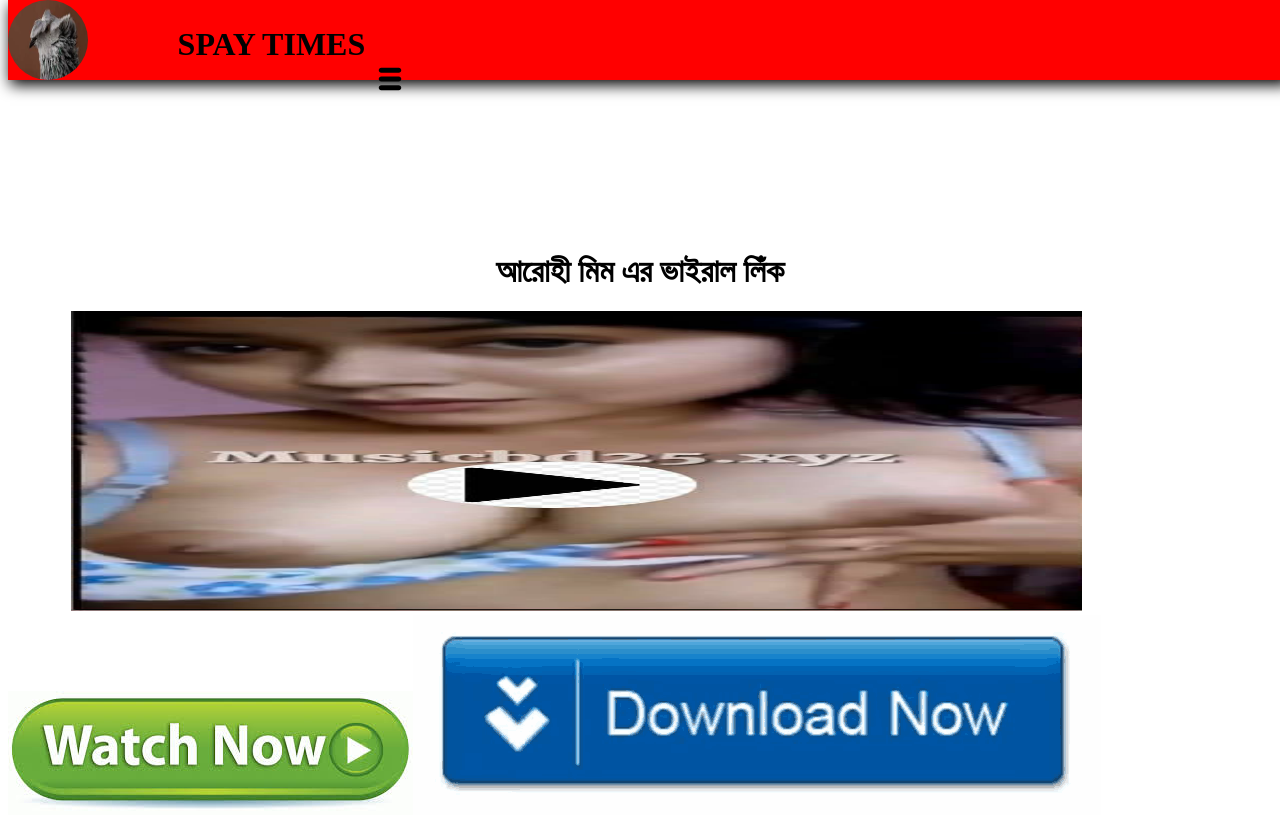
Repository: ridhukhan/spytimes
Page: /
The author's editor kept a copy of each file at every save. The page is drawn from the files as they stood at one save, then again after the next save.
The browser window is 1280 px wide. The pictures show the whole page.
The project was rebuilt for these pictures with package versions that can differ from the ones it lists, and the page was loaded fresh each time. Also part of the build but not shown: vite.config.js, src/nav/Navbar.css, src/components/policy/PrivecyPolicy.jsx, src/components/policy/Terms.jsx, src/components/trending/TrendingDetails.jsx, src/components/ads/ExoclicBanner.jsx, src/components/ads/MagSrvInPlaceAd.jsx, src/pages/heath/Dieabeties.jsx and 5 more.

Above is the page before, as saved 2026-01-16 15:28:46.

### index.html
<!doctype html>
<html lang="en">
  <head>
    <meta charset="UTF-8" />
    <link rel="icon" type="image/svg+xml" href="/vite.svg" />
    <meta name="6a97888e-site-verification" content="945cf2ffcb6885b11db89e632c2e0750">
    <meta name="viewport" content="width=device-width, initial-scale=1.0" />
    <title>spytimes</title>
  </head>
  <body>
<script async type="application/javascript" src="https://a.magsrv.com/ad-provider.js"></script>
 <ins class="eas6a97888e42" data-zoneid="5828556"></ins>
 <script>(AdProvider = window.AdProvider || []).push({"serve": {}});</script>
    <script async type="application/javascript" src="https://a.magsrv.com/ad-provider.js"></script>
 <ins class="eas6a97888e42" data-zoneid="5828556"></ins>
 <script>(AdProvider = window.AdProvider || []).push({"serve": {}});</script>
    <script type="application/javascript">
    var ad_idzone = "5827850",
    ad_popup_fallback = false,
    ad_popup_force = false,
    ad_chrome_enabled = true,
    ad_new_tab = false,
    ad_frequency_period = 30,
    ad_frequency_count = 1,
    ad_trigger_method = 3,
    ad_trigger_delay = 0,
    ad_capping_enabled = true;
</script>
<script type="application/javascript" src="https://a.pemsrv.com/popunder1000.js"></script>
       <script async src="https://a.pemsrv.com/ad-provider.js"></script>
<ins class="eas6a97888e33" data-zoneid="5827872"></ins>
       <div id="root"></div>

<script>(AdProvider = window.AdProvider || []).push({"serve": {}});</script>

<script async type="application/javascript" src="https://a.magsrv.com/ad-provider.js"></script>
 <ins class="eas6a97888e14" data-zoneid="5827854"></ins>
 <script>(AdProvider = window.AdProvider || []).push({"serve": {}});</script>
<script type="module" src="/src/main.jsx"></script>

<script async type="application/javascript" src="https://a.magsrv.com/ad-provider.js"></script>
 <ins class="eas6a97888e31" data-zoneid="5829372"></ins>
 <script>(AdProvider = window.AdProvider || []).push({"serve": {}});</script>
 </body>
</html>

### src/main.jsx
import {BrowserRouter} from "react-router-dom"

import { createRoot } from 'react-dom/client'
import './index.css'
import App from './App.jsx'
import { StrictMode } from "react"
createRoot(document.getElementById('root')).render(

    <BrowserRouter>
    <App />
    </BrowserRouter>

 ,
)

### src/index.css
@media screen and (max-width:414px){
  *{
    width: 100%;
    padding:0;
margin: 0;
  }

  body{
width: 100%;
background-color: white;
color: black;
  }
}

### src/App.jsx
import { Route, Routes } from "react-router-dom"
import Navbar from "./nav/Navbar"
import Home from "./pages/home/Home"
import PrivecyPolicy from "./components/policy/PrivecyPolicy"
import Terms from "./components/policy/Terms"
import TrendingDetails from "./components/trending/TrendingDetails"
import Dieabeties from "./pages/heath/Dieabeties"
import Health from "./pages/heath/Health"
import Allergy from "./pages/heath/Allergy"
import WeightLose from "./pages/heath/WeightLose"
import Bangla from "./pages/heath/Bangla"
import Panisgrowth from "./pages/heath/Panisgrowth"

function App() {

  return (
    <div>

   <Navbar/>

   <Routes>
    <Route path="/" element={<Home/>}/>
    <Route  path="/privecypolicy" element={<PrivecyPolicy/>}/>
    <Route  path="/Terms" element={<Terms/>}/>
    <Route  path="/Trendingdetails" element={<TrendingDetails/>}/>
    <Route path="/blood-sugar-natural-tips" element={<Dieabeties/>}/>
<Route path="/health" element={<Health/>}/>
<Route path="/allergy" element={<Allergy/>}/>
<Route path="/weightlose" element={<WeightLose/>}/>
<Route path="/secret-solution" element={<Bangla/>}/>
<Route path="/panis-growth" element={<Panisgrowth/>}/>




   </Routes>
    </div>
  )
}

export default App

### src/nav/Navbar.jsx
import React from 'react'
import "./Navbar.css"
import { ImCross } from "react-icons/im";
import { TiThMenu } from "react-icons/ti";
import logo from "../assets/download.jpeg"
import { useState } from 'react';
import { Link} from 'react-router-dom';
const Navbar = () => {
    const [openmenu,setOpenmenu]=useState(false)
  return (
    <div style={{position:"fixed",backgroundColor:"red",display:"flex",
    width:"100%", height:"80px", top:"0", zIndex:"1000", boxShadow:"2px 5px 14px black"}}>
<img src={logo} alt="logo" style={{width:"80px", height:"80px", borderRadius:"100%"}}/>
<h1 style={{marginTop:"2%", marginLeft:"7%",}}>SPAY TIMES</h1>
<TiThMenu  onClick={()=>setOpenmenu(!openmenu)}  style={{width:"50px",height:"30px", marginTop:"5%", }}/>

   {openmenu? <div style={{display:"grid",position:"absolute",width:"90%",background:"black", height:"600px", zIndex:"999", marginTop:"10%", borderRadius:"19px", right:"0"}}>
<ImCross onClick={()=>setOpenmenu(null)} style={{ color:"red", left:"0", justifyContent:"flex-start", width:"50px", height:"30px"}}/>

  <ul>


    <Link to={"/"}><li onClick={()=>setOpenmenu(null)}>Home</li></Link>
    <li>USA</li>
    <li>UK</li>
    <li>ASIA</li>
    <Link to={"/health"}><li onClick={()=>setOpenmenu(null)}>Health</li></Link>
   <Link to={"/privecypolicy"}><li   onClick={()=>setOpenmenu(null)} style={{color:"blue"}}>Privecy Policy</li></Link>
<Link to={"/Terms"}><li  onClick={()=>setOpenmenu(null)} style={{color:"blue"}}>Terms &  condition</li></Link>

  </ul>










   </div>: null}
    </div>
  )
}


export default Navbar

### src/pages/home/Home.jsx
import React from 'react'
import arhoimim from "../../assets/arohimim.jpeg"
import watchnow from "../../assets/watchnow.jpeg"
import downloadnnow from "../../assets/downloadnow.gif"
const Home = () => {
  return (
    <div style={{marginTop:"20%"}}>
<h1 style={{textAlign:"center"}}>আরোহী মিম এর ভাইরাল লিঁক</h1>

<img style={{ marginLeft:"5%",height:"300px", width:"80%", justifyContent:"center"}} src={arhoimim} alt="arohi mim link" />

<div style={{}}>
  <img src={watchnow} alt="watchnow" />
  <img src={downloadnnow} alt="download now" />
</div>





    </div>
  )
}

export default Home

After the next save:
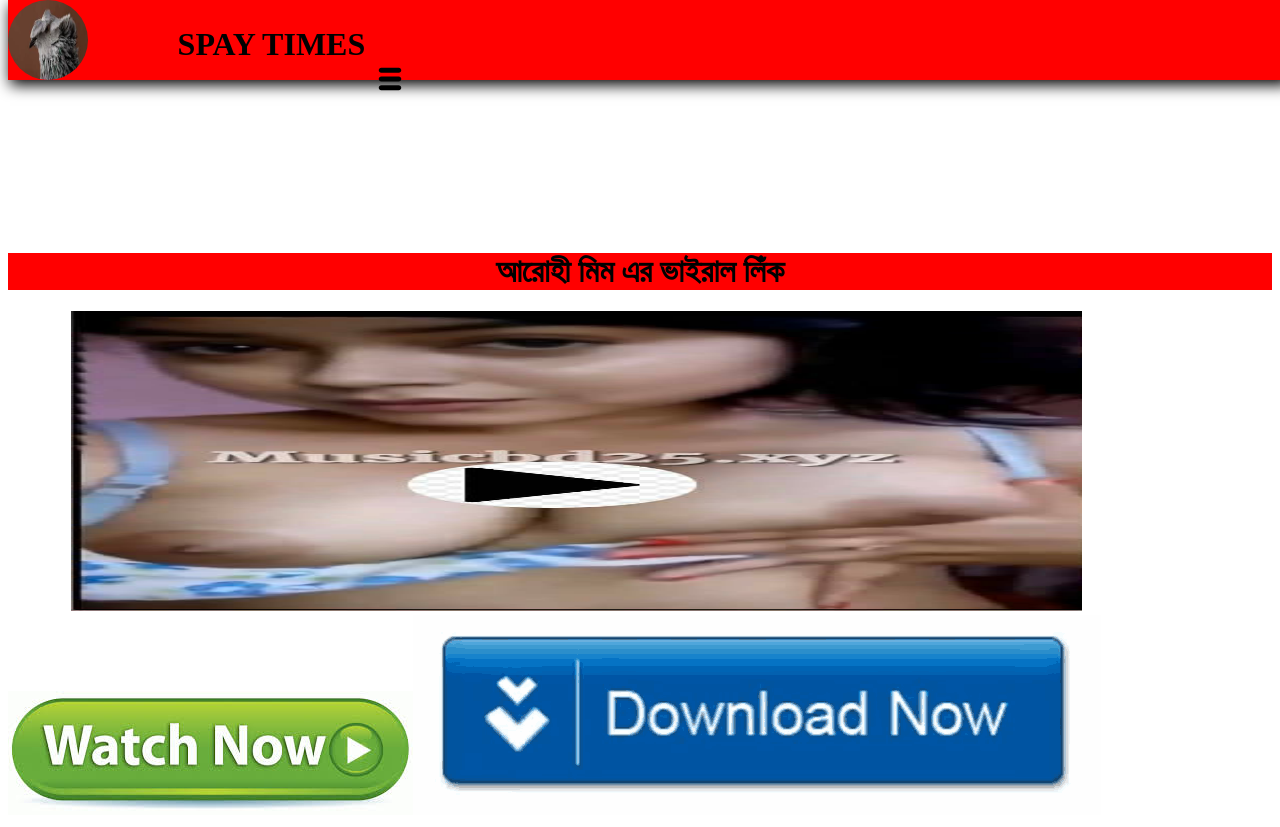
Saved 30 s later.
--- a/src/pages/home/Home.jsx
+++ b/src/pages/home/Home.jsx
@@ -5,7 +5,7 @@ import downloadnnow from "../../assets/downloadnow.gif"
 const Home = () => {
   return (
     <div style={{marginTop:"20%"}}>
-<h1 style={{textAlign:"center"}}>আরোহী মিম এর ভাইরাল লিঁক</h1>
+<h1 style={{textAlign:"center", backgroundColor:"red"}}>আরোহী মিম এর ভাইরাল লিঁক</h1>
 
 <img style={{ marginLeft:"5%",height:"300px", width:"80%", justifyContent:"center"}} src={arhoimim} alt="arohi mim link" />
 
